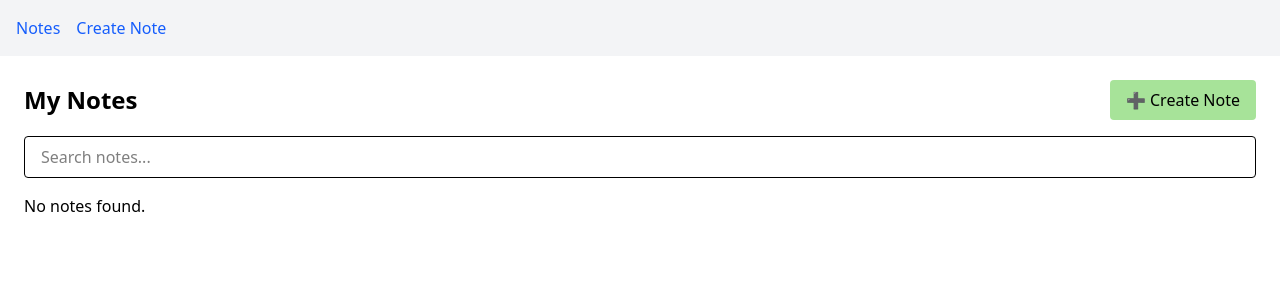
Repository: pin-seavmuy/NoteApplication
Page: / (app in note-vue/)
The author's editor kept a copy of each file at every save. The page is drawn from the files as they stood at one save, then again after the next save.
The browser window is 1280 px wide. The pictures show the whole page.
The page's requests for data from a server got no answer. The project was rebuilt for these pictures with package versions that can differ from the ones it lists, and the page was loaded fresh each time. No one was signed in, and anything a server would have sent is missing. Also part of the build but not shown: note-vue/vite.config.ts, note-vue/src/components/NoteWrapper.vue, note-vue/src/views/CreateNote.vue, note-vue/src/views/NoteDetail.vue, note-vue/src/views/UpdateNote.vue.

Above is the page before, as saved 2025-09-16 10:48:02.

After the next save:
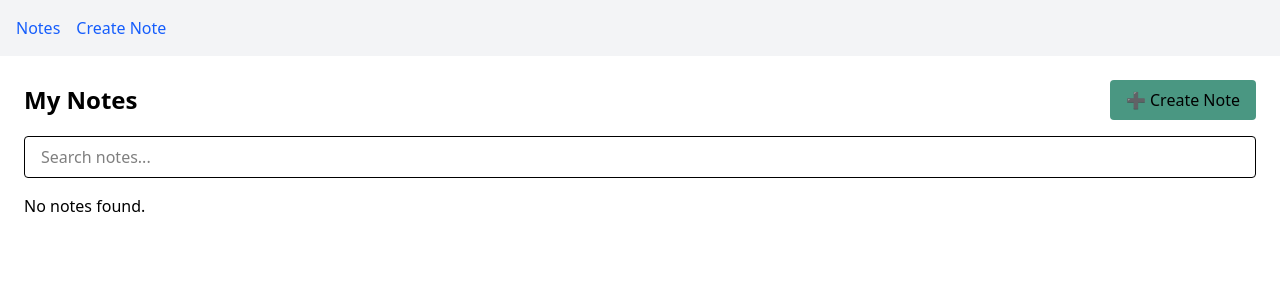
Saved 41 s later.
--- a/note-vue/src/views/NotesList.vue
+++ b/note-vue/src/views/NotesList.vue
@@ -5,7 +5,7 @@
       <router-link
         to="/create"
         class="text-base px-4 py-2 rounded text-black hover:brightness-90"
-        style="background-color: #A7E399;"
+        style="background-color: #4A9782;"
       >
         ➕ Create Note
       </router-link>
